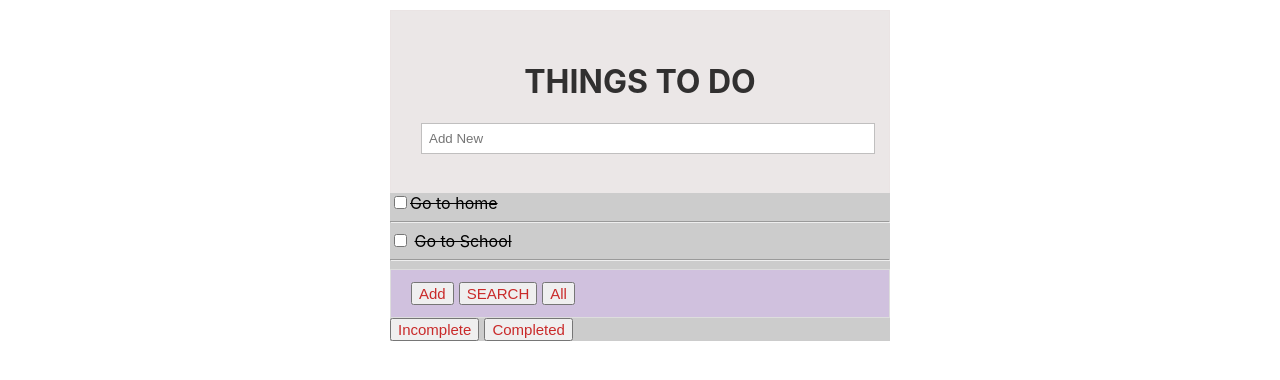
Repository: kirangautam45/To-Do-Application
Page: /
An editor plug-in stored every save of this project. The page is shown before and after a run of saves, followed by the edit.
The browser window is 1280 px wide. The pictures show the whole page.
The project was rebuilt for these pictures with package versions that can differ from the ones it lists, and the page was loaded fresh each time.

Above is the page before, as saved 2022-08-11 14:44:59.

After the next 2 saves:
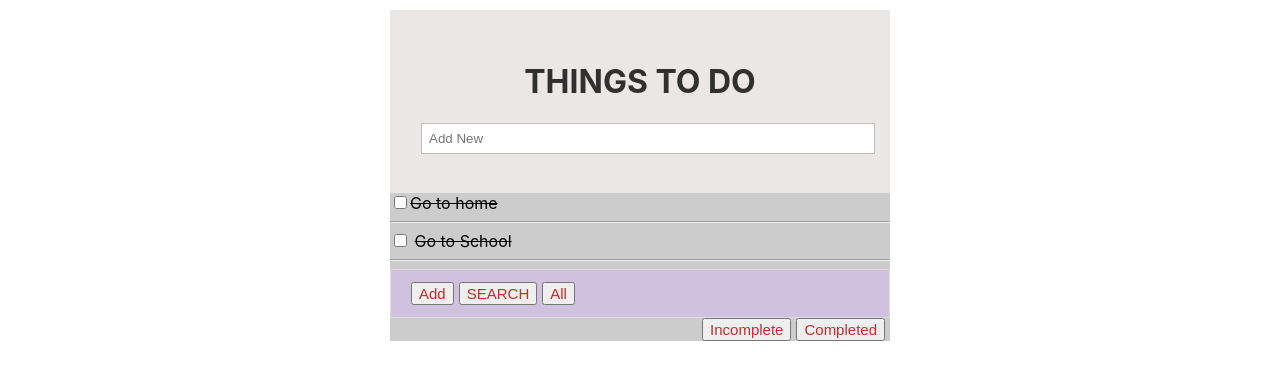
The 2 saves are shown as one change because they came seconds apart.
The last was saved 7 s later.
--- a/src/App.js
+++ b/src/App.js
@@ -24,7 +24,7 @@ function App() {
               <button className="Icon_button">All</button>
               </div>
 
-              <div className="">
+              <div className="Icon_right">
               <button className="Icon_button">Incomplete</button>
               <button className="Icon_button">Completed</button>
             </div>
